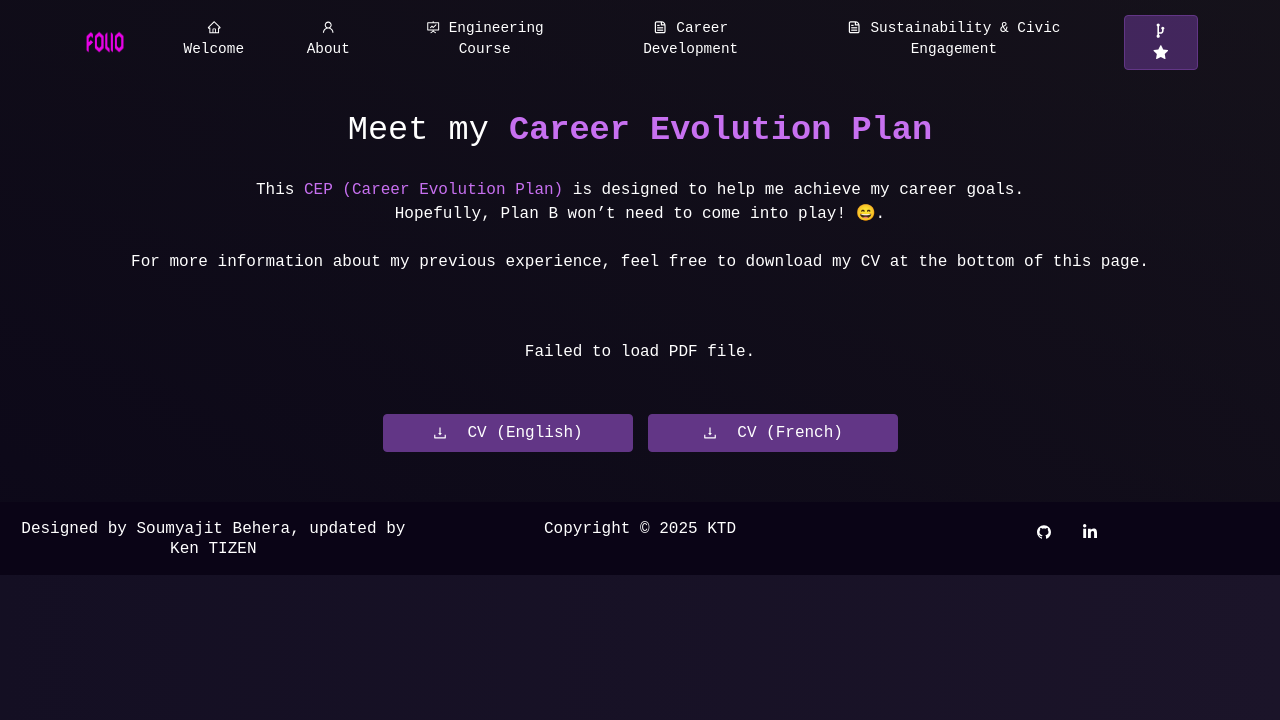
Repository: KenTizen17/ktdportfolio
Page: /resume
An editor plug-in stored every save of this project. The page is shown before and after a run of saves, followed by the edit.
The browser window is 1280 px wide. The pictures show the whole page.
Some web fonts or font styles are not loaded; a fallback is used. The project was rebuilt for these pictures with package versions that can differ from the ones it lists, and the page was loaded fresh each time. Also part of the build but not shown: src/components/Home/Home2.js, src/components/Home/Type.js, src/components/Home/Home.js, src/components/About/Github.js, src/components/About/Techstack.js, src/components/About/AboutCard.js, src/components/About/Toolstack.js, src/components/About/About.js and 5 more. Imported but missing from the stored project, and not drawn on this page: src/Assets/CVKEN.pdf, src/Assets/CVKENFrench1.pdf, src/Assets/Ken_TIZEN-CEP.pdf, src/Assets/Ken-CEPBibliography.pdf.

Above is the page before, as saved 2025-11-30 18:21:13.

After the next 2 saves:
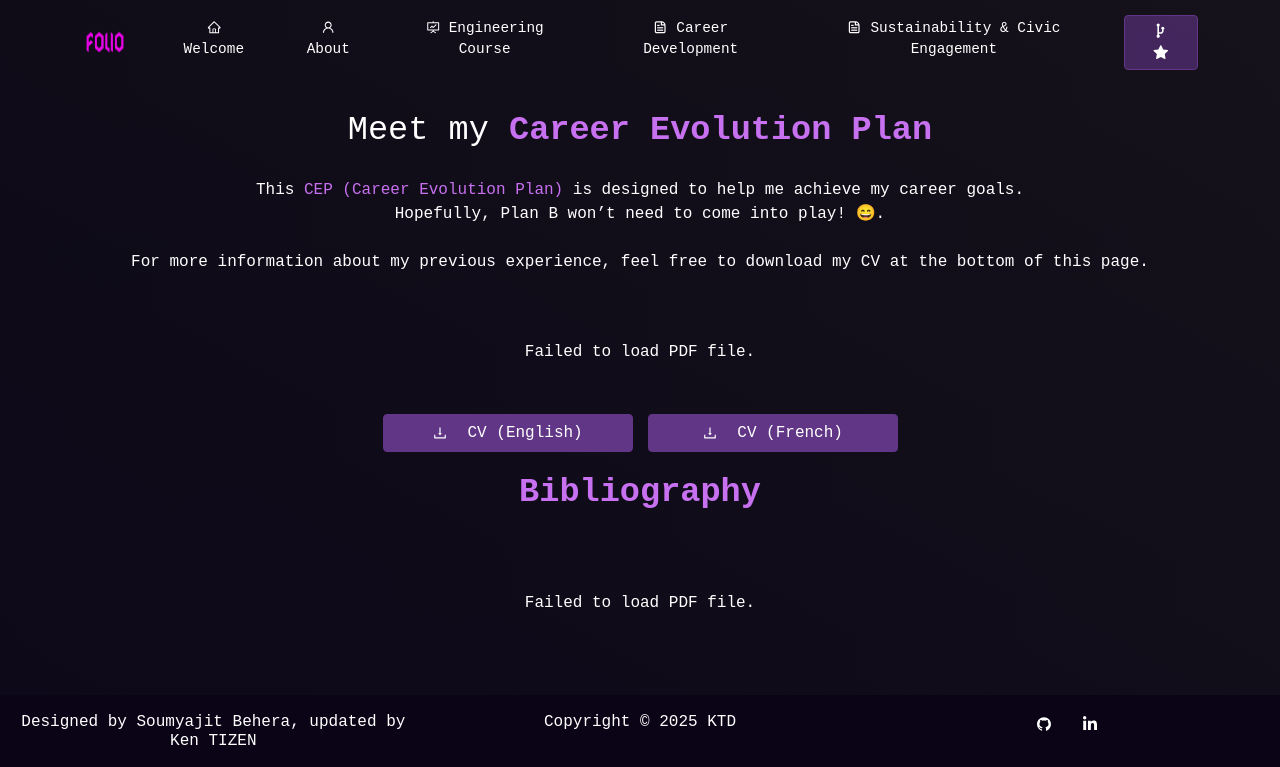
The 2 saves are shown as one change because 1 did not build or start.
The last was saved 33 min 53 s later.
--- a/src/components/Resume/ResumeNew.js
+++ b/src/components/Resume/ResumeNew.js
@@ -3,6 +3,7 @@ import { Container, Row } from "react-bootstrap";
 import Button from "react-bootstrap/Button";
 import Particle from "../Particle";
 import pdf from "../../Assets/Ken_TIZEN-CEP.pdf";
+import bib from "../../Assets/Ken-CEPBibliography.pdf";
 import cvenglish from "../../Assets/CVKEN.pdf";
 import cvfrench from "../../Assets/CVKENFrench1.pdf"
 import { AiOutlineDownload } from "react-icons/ai";
@@ -74,6 +75,16 @@ function ResumeNew() {
           </Button>
         </Row>
 
+        <h1 style={{ fontSize: "2.1em", paddingBottom: "20px" }}>
+               <strong className="purple">Bibliography</strong>
+        </h1>
+
+        <Row className="resume">
+          <Document file={bib} className="d-flex justify-content-center">
+            <Page pageNumber={1} scale={width > 786 ? 1  : 0.9} />
+          </Document>
+        </Row>
+
 
       </Container>
     </div>
